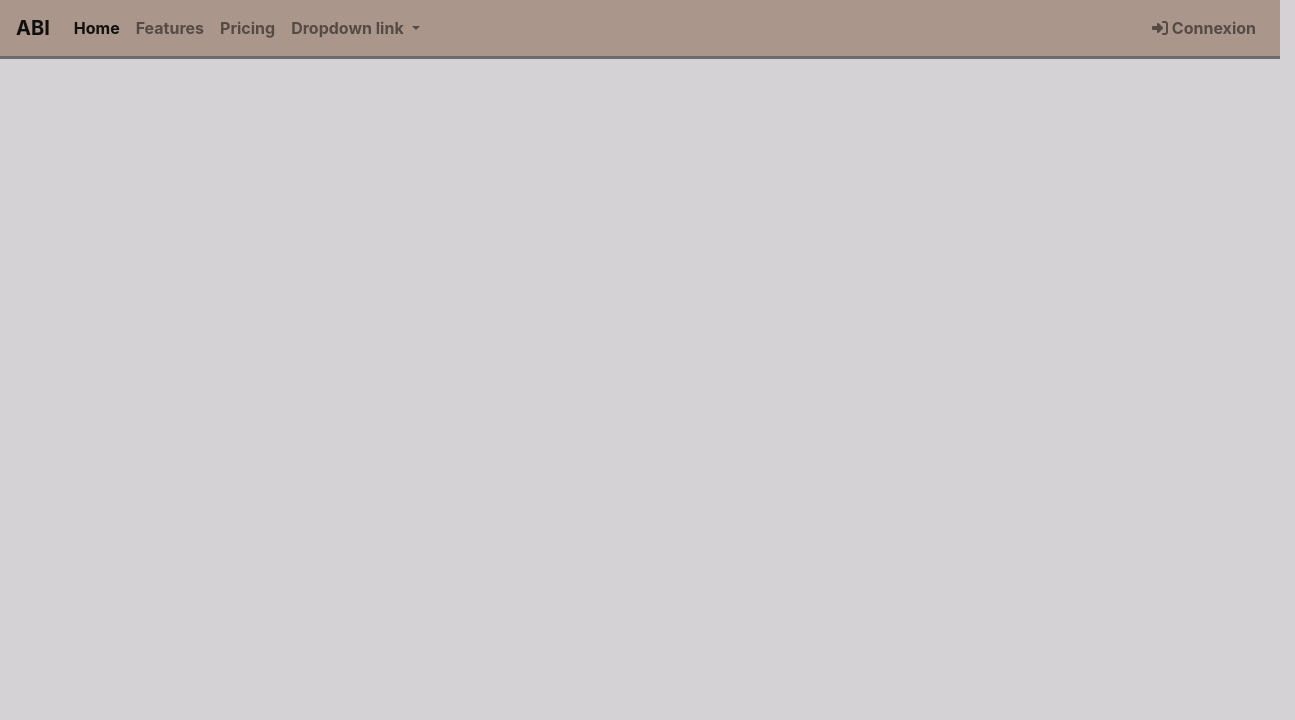
Repository: afpa-mission-7/ABI
Page: http://localhost/
An editor plug-in stored every save of this project. The page is shown before and after the next save, followed by the edit.
The browser window is 1280 px wide. The page is 1280 px wide, then 1295 px, so the pictures cover 1295 px, including what lies to the right of the window. The pictures show the whole page.
Some web libraries are served in a nearby version. The page is run by PHP 8.4 with error messages shown; the project is at /var/www/html/. Other server files are loaded and not shown.

Above is the page before, as saved 2020-10-20 13:15:16.

### public/index.php
<?php
require '../vendor/autoload.php';
use App\Controller\Controller;

$uri = $_SERVER['REQUEST_URI'];

$controller = new Controller();
if($uri==="/"){
    $controller->indexController();
} elseif ($uri === "/login"){
    $controller->loginController();
} elseif ($uri === "/disconnect") {
    $controller->disconnectController();
}

### src/Controller/Controller.php
<?php

namespace App\Controller;

use App\Forms\LoginForm;

class Controller
{
    public function indexController()
    {
        ob_start();
        session_start();
        include '../templates/index.php';
        ob_end_flush();
    }

    public function aproposController()
    {
        ob_start();
        include '../templates/apropos.php';
        ob_end_flush();
    }

    public function contactController()
    {
        ob_start();
        include '../templates/contact.php';
        ob_end_flush();
    }

    public function gestionclientsController()
    {
        ob_start();
        include '../templates/gestionclients.php';
        ob_end_flush();
    }

    public function gestioncollaborateursController()
    {
        ob_start();
        include '../templates/gestioncollaborateurs.php';
        ob_end_flush();
    }

    public function gestionprojetsController()
    {
        ob_start();
        include '../templates/gestionprojets.php';
        ob_end_flush();
    }

    public function indexconnectController()
    {
        ob_start();
        include '../templates/indexconnect.php';
        ob_end_flush();
    }

    public function error404Controller()
    {
        ob_start();
        include '../templates/error404.php';
        ob_end_flush();
    }
///////////////////////////////////////////////
    public function loginController()
    {
        session_start();
        if (!empty($_POST)) {
            $loginform = new LoginForm($_POST);
            $loginform->login();
        }
        header('location: /');
    }

    public function disconnectController()
    {
        session_start();
        session_unset();
        header('location: /');
        exit();
    }
}

### templates/skeleton/header.php
<!DOCTYPE html>
<html lang="fr">
<head>
    <meta charset="UTF-8">
    <title>Page d'accueil</title>
    <link rel="stylesheet" href="assets/css/bootstrap.min.css">
    <link rel="stylesheet" href="assets/css/main.css">

    <script src="https://kit.fontawesome.com/c2ce3de10b.js" crossorigin="anonymous" defer></script>
</head>

<body class="d-flex flex-column justify-content-between">
<nav class="navbar navbar-expand-lg navbar-light bg-abi-light-brown font-weight-bold border-bottom-3 border-abi-grey position-fixed w-100">
    <a class=" navbar-brand
" href="">ABI</a>
    <button class="navbar-toggler" type="button" data-toggle="collapse" data-target="#navbarNavDropdown"
            aria-controls="navbarNavDropdown" aria-expanded="false" aria-label="Toggle navigation">
        <span class="navbar-toggler-icon"></span>
    </button>
    <div class="collapse navbar-collapse d-flex" id="navbarNavDropdown">
        <ul class="navbar-nav navbar-collapse">
            <li class="nav-item active">
                <a class="nav-link" href="#">Home</a>
            </li>
            <li class="nav-item">
                <a class="nav-link" href="#">Features</a>
            </li>
            <li class="nav-item">
                <a class="nav-link" href="#">Pricing</a>
            </li>
            <li class="nav-item dropdown">
                <a class="nav-link dropdown-toggle" href="#" id="navbarDropdownMenuLink" role="button"
                   data-toggle="dropdown" aria-haspopup="true" aria-expanded="false">
                    Dropdown link
                </a>
                <div class="dropdown-menu" aria-labelledby="navbarDropdownMenuLink">
                    <a class="dropdown-item" href="#">Action</a>
                    <a class="dropdown-item" href="#">Another action</a>
                    <a class="dropdown-item" href="#">Something else here</a>
                </div>
            </li>
            <li class="nav-item ml-auto">
               <?php
               if(empty($_SESSION))
               {
                   echo '<a id="connect" class="nav-link d-inline" href="#"><i class="fas fa-sign-in-alt d-inline"></i> Connexion</a>' ;
            } else {
                echo '<a id="disconnect" class="nav-link d-inline" href="/disconnect"><i class="fas fa-sign-in-alt d-inline"></i> Deconnexion </a>' ;
            }
            ?>
            </li>
        </ul>
    </div>
</nav>
<div id="login"
     class="align-self-end p-4 bg-white border-bottom-3 border-left-3 border-abi-grey position-fixed rounded-bottom-left-xxl d-none">
    <form action="/login" method="post">
        <div class="form-group">
            <label for="email">Adresse mail</label>
            <input type="email" class="form-control" id="email" name="email">
        </div>
        <div class="form-group">
            <label for="password">Mot de passe</label>
            <input type="text" class="form-control" id="password" name="password">
        </div>
        <div class="form-group form-check">
            <input type="checkbox" class="form-check-input" id="remember">
            <label for="remember" class="form-check-label">Rester connecter</label>
        </div>
        <div class="d-flex justify-content-end">
            <button type="submit" class="btn btn-duck font-weight-bold">Se connecter</button>
        </div>
        <div>
            <span>Pas encore de compte? </span><a href="../signup.php">Inscrivez-vous</a>
        </div>
    </form>
</div>

<div class="container">

### templates/skeleton/footer.php

</main>

<footer class="row justify-content-center bg-abi-light-brown border-top-3 border-abi-grey">
@2020 Abi, Inc
</footer>
<script src="assets/js/jquery.js"></script>
<script src="assets/js/main.js"></script>
</body>
</html>

### public/assets/css/main.css
html, body {
    width: 100%;
    height: 100%;
    background-color: #D4D2D5;
}

.bg-duck {
    background-color: #0080A3;
}

.bg-abi-cream {
    background-color: #D4D2D5;
}

.bg-abi-light-brown {
    background-color: #AA968A;
}

.bg-abi-brown {
    background-color: #5F4F45;
}

.bg-abi-grey {
    background-color: #6E6A6F;
}

.btn-duck {
    background-color: #0080A3;
    color: #fff;
}

.btn-duck:hover {
    background-color: #099ec7;
    color: #fff;
}

.border-2 {
    border: 2px solid #dee2e6
}

.border-top-2 {
    border-top: 2px solid #dee2e6
}

.border-right-2 {
    border-right: 2px solid #dee2e6
}

.border-bottom-2 {
    border-bottom: 2px solid #dee2e6
}

.border-left-2 {
    border-left: 2px solid #dee2e6
}

.border-3 {
    border: 3px solid #dee2e6
}

.border-top-3 {
    border-top: 3px solid #dee2e6
}

.border-right-3 {
    border-right: 3px solid #dee2e6
}

.border-bottom-3 {
    border-bottom: 3px solid #dee2e6
}

.border-left-3 {
    border-left: 3px solid #dee2e6
}

.border-abi-grey {
    border-color: #6E6A6F;
}

.form-control:focus {
    border-color: #AA968A;
    box-shadow: 0 0 0 0.2rem rgba(170, 150, 138, 0.25);
}

#login {
    top: 59px;
}

.rounded-bottom-left-xxl {
    border-bottom-left-radius: 1rem !important;
}

#login.fixed-top{
    left: 80%;
}

/**
* Style main
*/
main {
    margin: 100px 50px 10px 50px;
  }

.article {
    margin-top: 15px;
    border-style: groove;
    border-color: #5f4f45;
  }

thead {
    background-color: #AA968A;
}

.table-bordered{
    border: 2px solid #5F4F45;
}

.table-bordered > thead > tr > th{
    border: 1px solid #5F4F45;
}
.table-bordered > tbody > tr > td{
    border: 1px solid #5F4F45;
}

### public/assets/js/main.js
$("#connect").click(function () {
    $("#login").toggleClass("d-none");
})

$("body").click(function(e){
    if(e.target.id == "login")
        return;
    if($(e.target).closest('#login').length)
        return;
    if(e.target.id == "connect")
        return;
    $("#login").addClass("d-none");
})

$(document).ready(function(){
    $("#tableSearch").on("keyup", function() {
      var value = $(this).val().toLowerCase();
      $("#myTable tr").filter(function() {
        $(this).toggle($(this).text().toLowerCase().indexOf(value) > -1)
      });
    });
  });

Loaded but not shown: public/assets/css/bootstrap.min.css (library); public/assets/js/jquery.js (library)

After the next save:
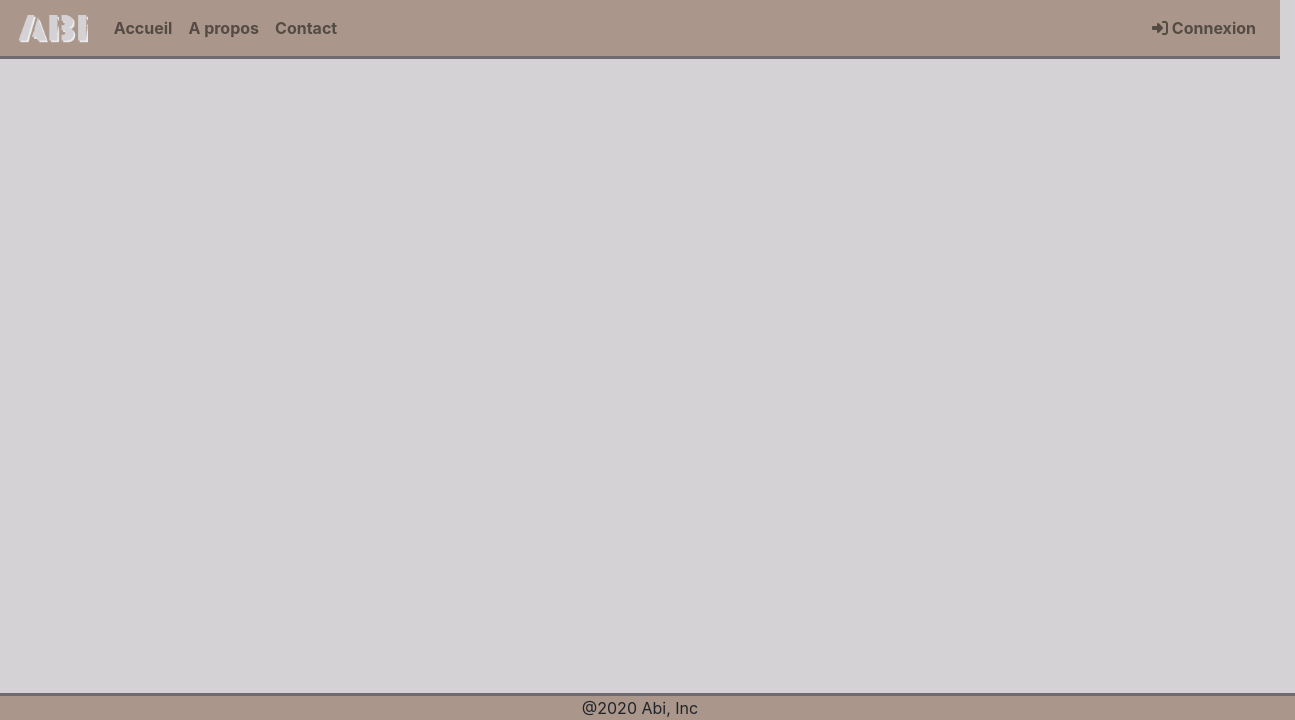
Saved 2 min 38 s later.
--- a/templates/skeleton/header.php
+++ b/templates/skeleton/header.php
@@ -10,34 +10,20 @@
 </head>
 
 <body class="d-flex flex-column justify-content-between">
-<nav class="navbar navbar-expand-lg navbar-light bg-abi-light-brown font-weight-bold border-bottom-3 border-abi-grey position-fixed w-100">
-    <a class=" navbar-brand
-" href="">ABI</a>
-    <button class="navbar-toggler" type="button" data-toggle="collapse" data-target="#navbarNavDropdown"
-            aria-controls="navbarNavDropdown" aria-expanded="false" aria-label="Toggle navigation">
-        <span class="navbar-toggler-icon"></span>
-    </button>
+<nav class="navbar navbar-expand-lg navbar-light bg-abi-light-brown font-weight-bold border-bottom-3 border-abi-grey fixed-top w-100">
+        <a class="navbar-brand" href="/">
+            <img src="assets/image/logo.png" width="auto" height="30" class="d-inline-block align-top" alt="ABI"/>
+        </a>
     <div class="collapse navbar-collapse d-flex" id="navbarNavDropdown">
         <ul class="navbar-nav navbar-collapse">
-            <li class="nav-item active">
-                <a class="nav-link" href="#">Home</a>
+            <li class="nav-item">
+                <a class="nav-link" href="/">Accueil</a>
             </li>
             <li class="nav-item">
-                <a class="nav-link" href="#">Features</a>
+                <a class="nav-link" href="/apropos">A propos</a>
             </li>
             <li class="nav-item">
-                <a class="nav-link" href="#">Pricing</a>
-            </li>
-            <li class="nav-item dropdown">
-                <a class="nav-link dropdown-toggle" href="#" id="navbarDropdownMenuLink" role="button"
-                   data-toggle="dropdown" aria-haspopup="true" aria-expanded="false">
-                    Dropdown link
-                </a>
-                <div class="dropdown-menu" aria-labelledby="navbarDropdownMenuLink">
-                    <a class="dropdown-item" href="#">Action</a>
-                    <a class="dropdown-item" href="#">Another action</a>
-                    <a class="dropdown-item" href="#">Something else here</a>
-                </div>
+                <a class="nav-link" href="/contact">Contact</a>
             </li>
             <li class="nav-item ml-auto">
                <?php
@@ -53,7 +39,7 @@
     </div>
 </nav>
 <div id="login"
-     class="align-self-end p-4 bg-white border-bottom-3 border-left-3 border-abi-grey position-fixed rounded-bottom-left-xxl d-none">
+     class="align-self-end p-4 bg-white border-bottom-3 border-left-3 border-abi-grey fixed-top rounded-bottom-left-xxl d-none">
     <form action="/login" method="post">
         <div class="form-group">
             <label for="email">Adresse mail</label>
@@ -76,4 +62,4 @@
     </form>
 </div>
 
-<div class="container">
+<main class="container">
